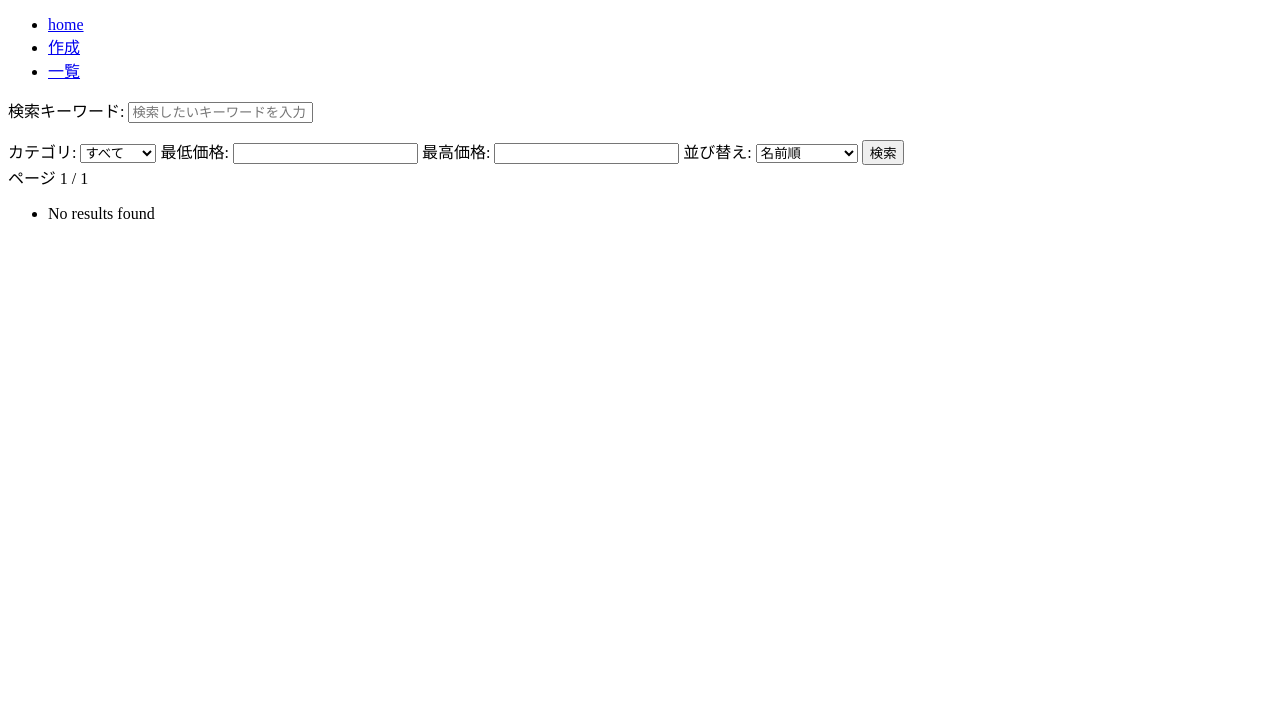
Repository: mamesuke7274/2024_kouki_kuwayamasyoutarou
Page: http://localhost/
These files come from the project's save history. The page is drawn as it stood at one moment and after a run of saves; the edit follows.
The browser window is 1280 px wide. The pictures show the whole page.
The page is served by the project's application, run on Django 4.2 (manage.py). Other server files are loaded and not shown. Queries for data that is not in the repository find no rows.

Above is the page before, as saved 2024-10-21 14:37:36.

### search_app/views.py
from django.shortcuts import render, get_object_or_404, redirect
from .models import Product, Category
from .forms import ProductForm, SearchForm
from django.core.paginator import Paginator

def product_create(request):
    if request.method == 'POST':
        form = ProductForm(request.POST)
        if form.is_valid():
            form.save()
            return redirect('product_list')
    else:
        form = ProductForm()
    return render(request, 'product_form.html', {'form': form})

def product_detail(request, pk):
    product = get_object_or_404(Product, pk=pk)

    return render(request, 'product_detail.html', {'product': product})

def product_update(request, pk):
    product = get_object_or_404(Product, pk=pk)
    if request.method == 'POST':
        form = ProductForm(request.POST, instance=product)
        if form.is_valid():
            form.save()
            return redirect('product_detail', pk=product.pk)
    else:
        form = ProductForm(instance=product)
    # product オブジェクトをテンプレートに渡す
    return  render(request,  'product_form.html',  {'form':  form,  'product': product})

def product_delete(request, pk):
    product = get_object_or_404(Product, pk=pk)
    if request.method == 'POST':
        product.delete()
        return redirect('product_list')
    return render(request, 'product_confirm_delete.html', {'product': product})

def product_list(request):
    products = Product.objects.all()
    print(products)
    return render(request, 'product_list.html', {'products': products})

def search_view(request):
    form = SearchForm(request.GET or None)
    results = Product.objects.all()  # クエリセットの初期化
    if form.is_valid():
        query = form.cleaned_data['query']
        if query:
            results = results.filter(name__icontains=query)
    # カテゴリフィルタリング
    category_name = request.GET.get('category')
    if category_name:
        try:
            # カテゴリ名に基づいてカテゴリIDを取得
            category = Category.objects.get(name=category_name)
            results = results.filter(category_id=category.id)
        except Category.DoesNotExist:
            results = results.none() # 存在しないカテゴリの場合、結果を空にする
            category = None

    # 価格のフィルタリング（最低価格・最高価格）
    min_price = request.GET.get('min_price')
    max_price = request.GET.get('max_price')
    if min_price:
        results = results.filter(price__gte=min_price)
    if max_price:
        results = results.filter(price__lte=max_price)

    # 並び替え処理
    sort_by = request.GET.get('sort', 'name')
    if sort_by == 'price_asc':
        results = results.order_by('price')
    elif sort_by == 'price_desc':
        results = results.order_by('-price')

    # クエリセットをリストに変換せず、直接Paginatorに渡す
    paginator = Paginator(results, 10)
    page_number = request.GET.get('page')
    page_obj = paginator.get_page(page_number)

    return render(request, 'search.html', {'form': form, 'page_obj': page_obj, 'results': results})

### search_app/templatetags/custom_filters.py
from django import template

register = template.Library()

@register.filter
def to(value):
    try:
        return range(1, value + 1)
    except TypeError:
        return []

### search_app/templates/search.html
<!DOCTYPE html>
<html lang="en">

<head>
    <meta charset="UTF-8">
    <meta name="viewport" content="width=device-width, initial-scale=1.0">
    <title>search_app</title>
</head>

<body>
    <header>
        <nav>
            <ul>
                <li><a href="{% url 'search_view' %}">home</a></li>
                <li><a href="{% url 'product_create' %}">作成</a></li>
                <li><a href="{% url 'product_list' %}">一覧</a></li>
            </ul>
        </nav>
    </header>
    <form method="get">
        {{ form.as_p }}
        <label for="category">カテゴリ:</label>
        <select name="category">
            <option value="">すべて</option>
            <option value="プログラミング">本</option>
            <option value="電子機器">電子機器</option>
        </select>
        <label for="min_price">最低価格:</label>
        <input type="number" name="min_price" min="0">
        <label for="max_price">最高価格:</label>
        <input type="number" name="max_price" min="0">
        <!-- 並び替えの選択 -->
        <label for="sort">並び替え:</label>
        <select name="sort">
            <option value="name">名前順</option>
            <option value="price_asc">価格が安い順</option>
            <option value="price_desc">価格が高い順</option>
        </select>
        <button type="submit">検索</button>
    </form>
    <div class="pagination">
        <span class="step-links">
            {% if page_obj.has_previous %}
            <a href="?page=1">最初</a>
            <a href="?page={{ page_obj.previous_page_number }}">前へ</a>
            {% endif %}

            <span>ページ {{ page_obj.number }} /
                {{ page_obj.paginator.num_pages }}</span>

            {% if page_obj.has_next %}
            <a href="?page={{ page_obj.next_page_number }}">次へ</a>
            <a href="?page={{ page_obj.paginator.num_pages }}">最後</a>
            {% endif %}
        </span>
    </div>
    <ul>
        {% for product in page_obj %}
        <li>{{ product.name }} - {{ product.price }}</li>
        {% empty %}
        <li>No results found</li>
        {% endfor %}
    </ul>



</body>

</html>

### search_app/forms.py
from django import forms
from .models import Product

class SearchForm(forms.Form):
    query = forms.CharField(
        label='検索キーワード',
        max_length=100,
        required=False,
        widget=forms.TextInput(attrs={'placeholder': '検索したいキーワードを入力'})
    )

class ProductForm(forms.ModelForm):
    class Meta:
        model = Product
        fields = ['name', 'description', 'price', 'category']

### search_project/urls.py
from django.contrib import admin
from django.urls import path,include

urlpatterns = [
    path('admin/', admin.site.urls),
    path('', include('search_app.urls')),
]

### search_app/urls.py
from django.urls import path
from . import views
urlpatterns = [
    path('', views.search_view, name='search'),
    path('search/', views.search_view, name='search_view'),
    path('product/new/', views.product_create, name='product_create'),
    path('product/<int:pk>/', views.product_detail, name='product_detail'),
    path('product/<int:pk>/edit/',  views.product_update, name='product_update'),
    path('product/<int:pk>/delete',  views.product_delete, name='product_delete'),
    path('product/', views.product_list, name='product_list'),
]

After the next 3 saves:
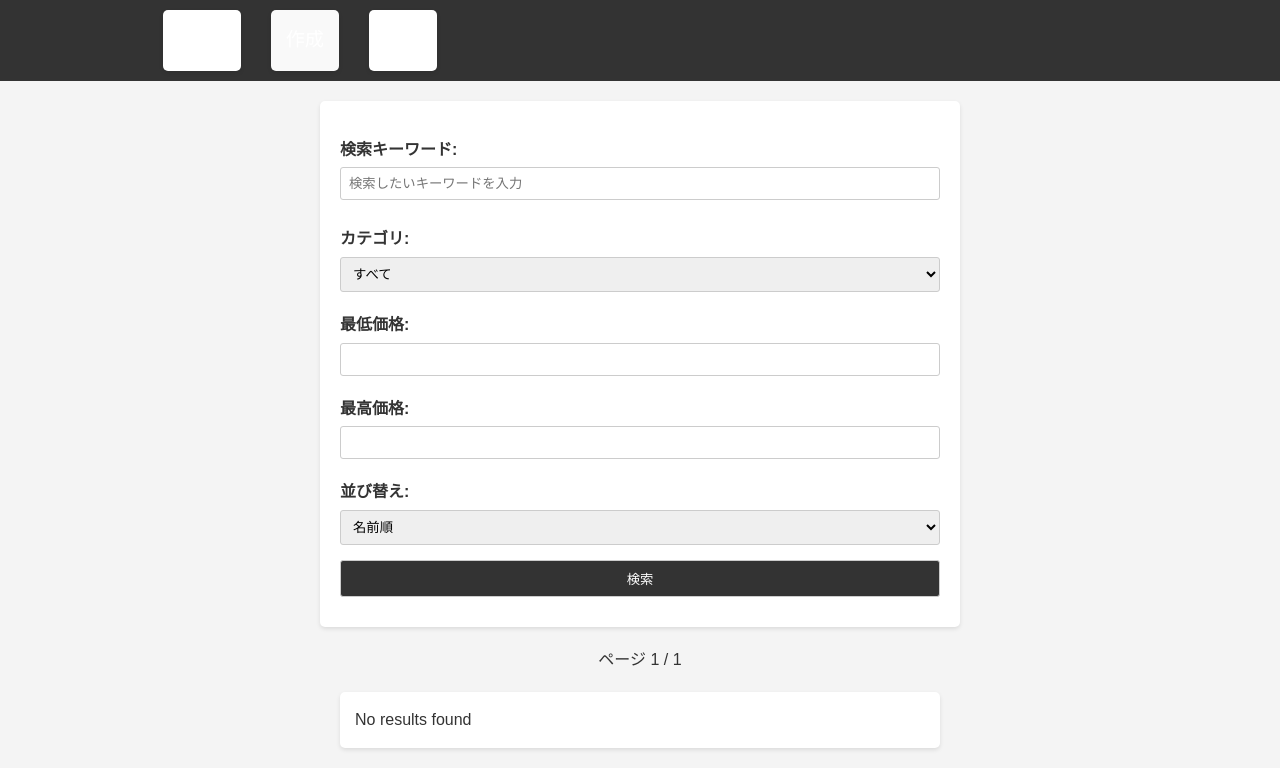
The 3 saves are shown as one change because they came seconds apart.
The last was saved 17 min 55 s later.
--- a/search_app/templates/search.html
+++ b/search_app/templates/search.html
@@ -8,6 +8,135 @@
 </head>
 
 <body>
+    <style>
+        /* 全体の基本スタイル */
+        body {
+            font-family: Arial, sans-serif;
+            line-height: 1.6;
+            margin: 0;
+            padding: 0;
+            background-color: #f4f4f4;
+            color: #333;
+        }
+
+        header {
+            background-color: #333;
+            color: #fff;
+            padding: 10px 0;
+        }
+
+        nav ul {
+            list-style: none;
+            padding: 0;
+            display: flex;
+            justify-content: center;
+            margin: 0;
+        }
+
+        nav ul li {
+            margin: 0 15px;
+        }
+
+        nav ul li a {
+            color: #fff;
+            text-decoration: none;
+            font-size: 1.2em;
+            transition: color 0.3s;
+        }
+
+        nav ul li a:hover {
+            color: #ddd;
+        }
+
+        /* フォームスタイル */
+        form {
+            background: #fff;
+            padding: 20px;
+            margin: 20px auto;
+            max-width: 600px;
+            border-radius: 5px;
+            box-shadow: 0 2px 4px rgba(0, 0, 0, 0.1);
+        }
+
+        form label {
+            display: block;
+            margin-top: 10px;
+            font-weight: bold;
+        }
+
+        form input,
+        form select,
+        form button {
+            width: 100%;
+            padding: 8px;
+            margin-top: 5px;
+            margin-bottom: 10px;
+            border: 1px solid #ccc;
+            border-radius: 3px;
+            box-sizing: border-box;
+        }
+
+        form button {
+            background-color: #333;
+            color: #fff;
+            cursor: pointer;
+            transition: background-color 0.3s;
+        }
+
+        form button:hover {
+            background-color: #555;
+        }
+
+        /* ページネーションスタイル */
+        .pagination {
+            text-align: center;
+            margin: 20px 0;
+        }
+
+        .pagination a {
+            text-decoration: none;
+            color: #333;
+            margin: 0 5px;
+            padding: 5px 10px;
+            border: 1px solid #333;
+            border-radius: 3px;
+            transition: background-color 0.3s, color 0.3s;
+        }
+
+        .pagination a:hover {
+            background-color: #333;
+            color: #fff;
+        }
+
+        .pagination span {
+            display: inline-block;
+            margin: 0 5px;
+        }
+
+        /* 商品リストスタイル */
+        ul {
+            list-style: none;
+            padding: 0;
+            max-width: 600px;
+            margin: 20px auto;
+        }
+
+        ul li {
+            background: #fff;
+            margin-bottom: 10px;
+            padding: 15px;
+            border-radius: 5px;
+            box-shadow: 0 2px 4px rgba(0, 0, 0, 0.1);
+        }
+
+        ul li:nth-child(even) {
+            background-color: #f9f9f9;
+        }
+
+        ul li:hover {
+            background-color: #f0f0f0;
+        }
+    </style>
     <header>
         <nav>
             <ul>
